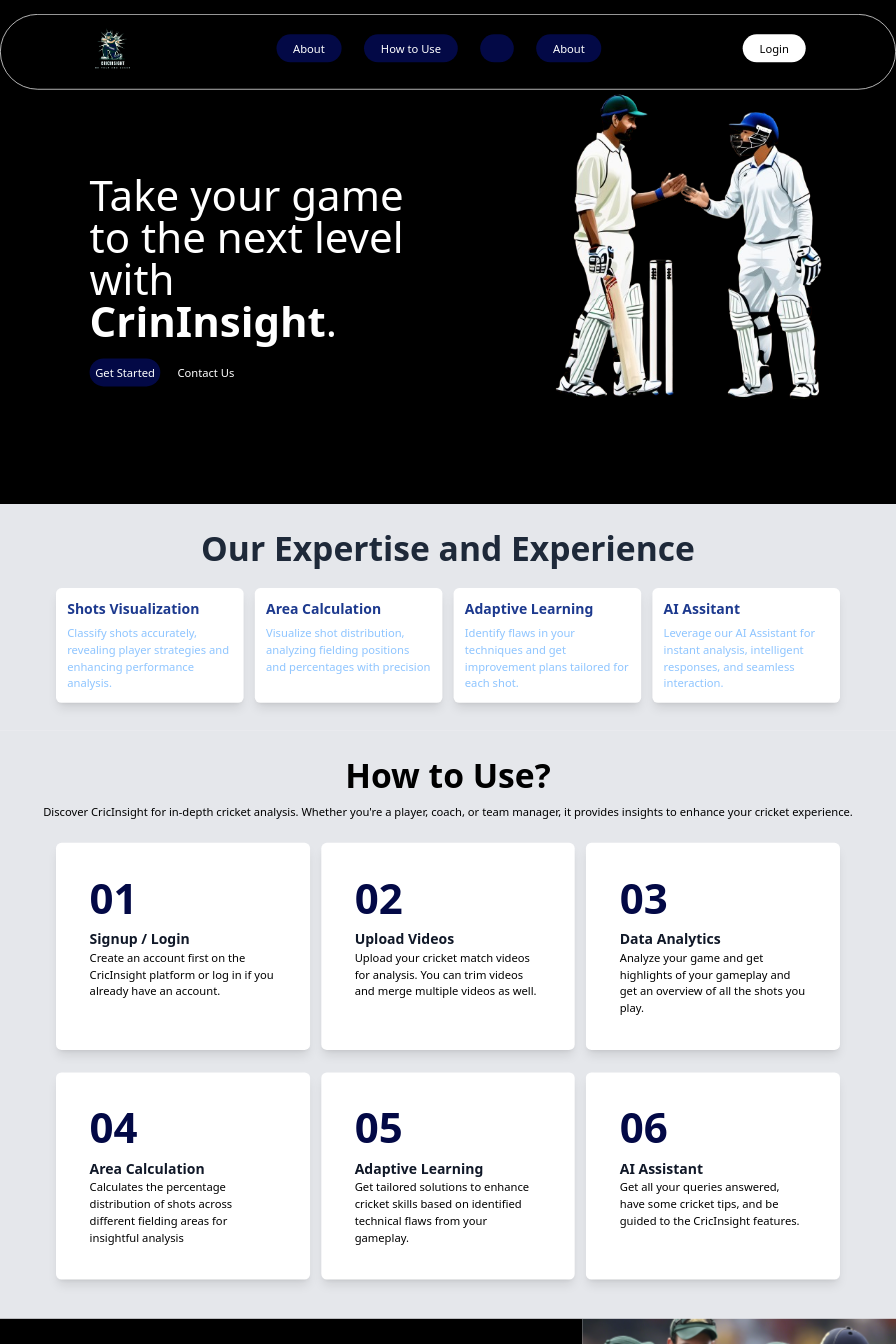
Repository: ahsanfawadaf/cricket
Page: /
An editor plug-in stored every save of this project. The page is shown before and after the next save, followed by the edit.
The browser window is 1280 px wide. The pictures show the part of the page from y = 0 to 1920 px (the page is 4008 px tall), at 70% of full size.
The project was rebuilt for these pictures with package versions that can differ from the ones it lists, and the page was loaded fresh each time. Also part of the build but not shown: vite.config.js.

Above is the page before, as saved 2025-09-22 08:39:32.

After the next save:
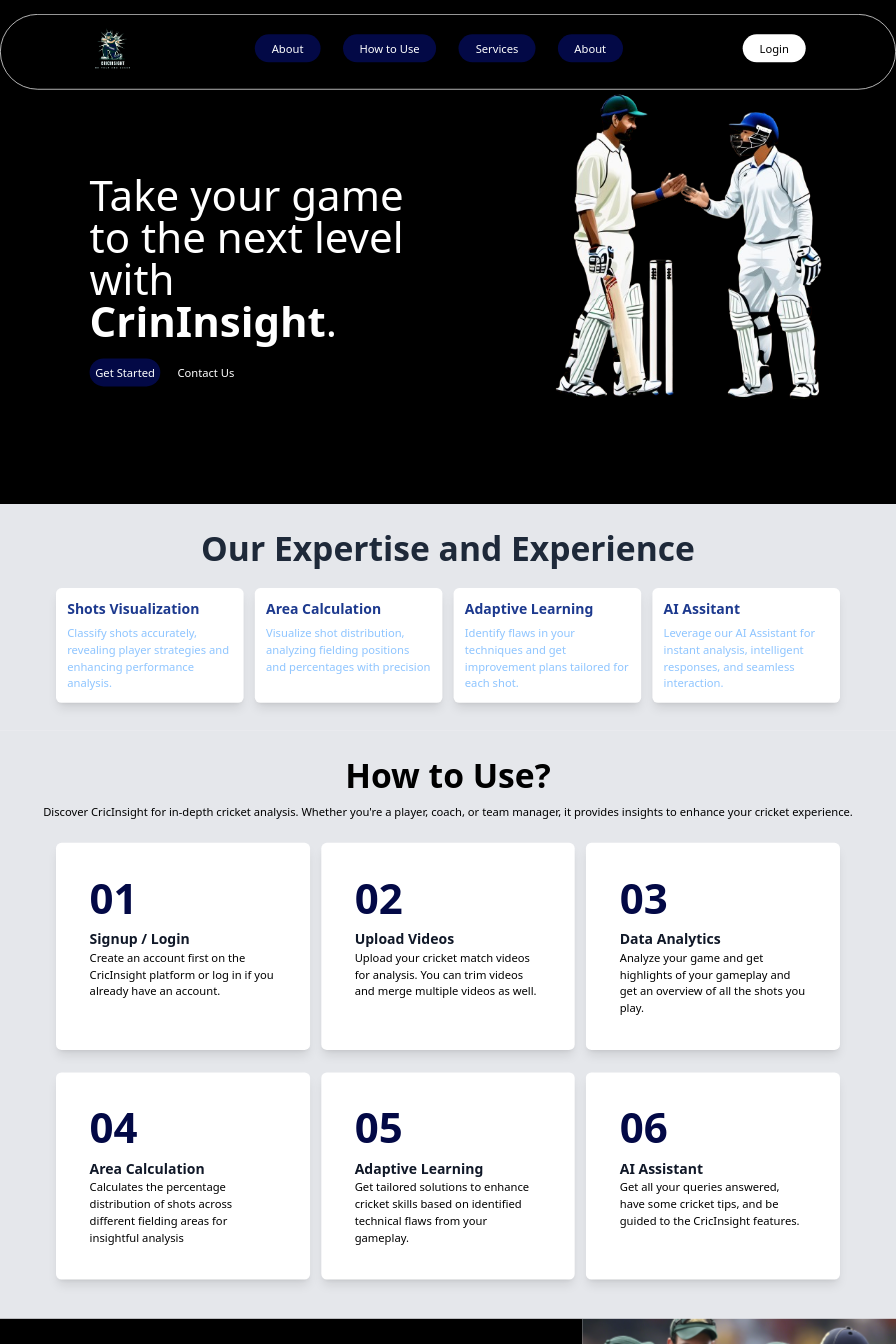
Saved 4 s later.
--- a/src/components/Navbar.jsx
+++ b/src/components/Navbar.jsx
@@ -16,7 +16,7 @@
 
               <a href="#Experience" className='rounded-full px-6 py-2 bg-[#030946] text-white'>About</a>
               <a href="/about" className='rounded-full px-6 py-2 bg-[#030946] text-white'>How to Use</a>
-              <a href="/about" className='rounded-full px-6 py-2 bg-[#030946] text-white'></a>
+              <a href="/about" className='rounded-full px-6 py-2 bg-[#030946] text-white'>Services</a>
               <a href="/about" className='rounded-full px-6 py-2 bg-[#030946] text-white'>About</a>
 
 
